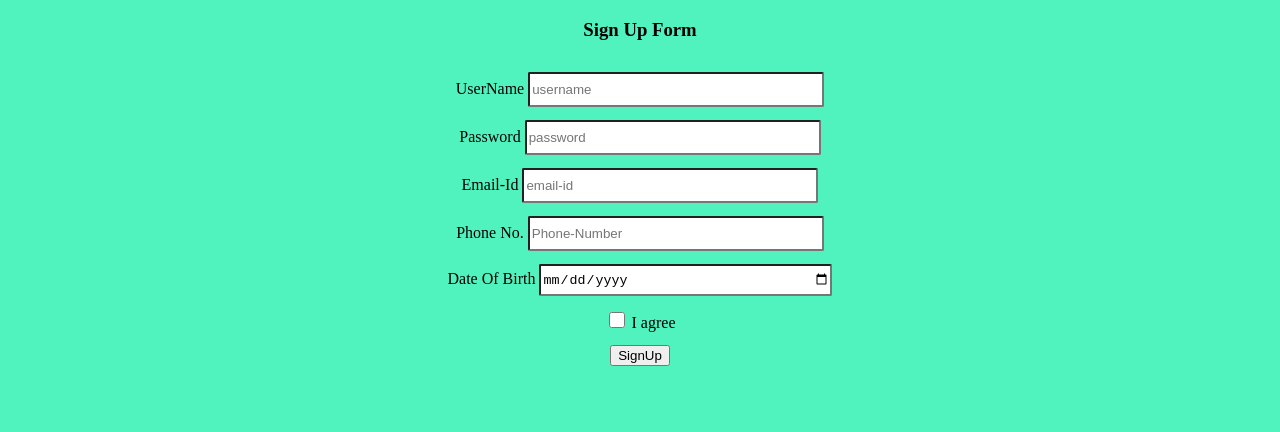
Repository: nir-github01/Html
Page: assign1-signup.html
These files come from the project's save history. The page is drawn as it stood at one moment and after the next save; the edit follows.
The browser window is 1280 px wide. The pictures show the whole page.

Above is the page before, as saved 2022-09-28 20:30:52.

### assign1-signup.html
<!DOCTYPE html>
<html lang="en">
<head>
    <meta charset="UTF-8">
    <meta http-equiv="X-UA-Compatible" content="IE=edge">
    <meta name="viewport" content="width=device-width, initial-scale=1.0">
    <title>sign-up form</title>
    <style>
        body{
            background-color: rgb(80, 243, 189);
            text-align: center;
        }
        .signup-div{
            padding: 5px;
            margin: 3px;
        }
        .username{
            padding: 5px;
            margin: 3px;
        }
        .password{
            padding: 5px;
            margin: 3px;
        }
        .email-input{
            padding: 5px;
            margin: 3px;
        }
        .phone-input{
            padding: 5px;
            margin: 3px;
        }
        .date-input{
            padding: 5px;
            margin: 3px;
        }
        .check-input{
            padding: 5px;
            margin: 3px;
        }
        .button-input{
            padding: 5px;
            margin: 3px;

        }
        input{
            width: 18rem;
            height: 1.8rem;
            border-radius: 2px;
        }
        input[type="checkbox"]{
            width: 1rem;
            height: 1rem;
        }
        input:hover{
          border-color: rgb(180, 238, 238);

        }

    </style>
</head>
<body>
    <div>
        <h3>Sign Up Form </h3>
        <div class="signup-div">
            <form>
                <div class="username">
                    <label>UserName</label>
                    <input type="text" value="" placeholder="username">
                </div>
                <div class="password">
                    <label>Password</label>
                    <input type="number" value="" placeholder="password">
                </div>
                <div class="email-input">
                    <label>Email-Id</label>
                    <input type="email" value="" placeholder="email-id">
                </div>
                <div class="phone-input">
                    <label>Phone No.</label>
                    <input type="number" value="" placeholder="Phone-Number">
                </div>
                <div class="date-input">
                    <label>Date Of Birth</label>
                    <input type="date" value="" placeholder="Date of Birth">
                </div>
                <div class="check-input">

                    <input type="checkbox" value="" name="agree">
                    <label>I agree </label>
                </div>
                <div class="button-input">
                    <button>SignUp</button>
                </div>
            </form>
        </div>
    </div>
</body>
</html>

After the next save:
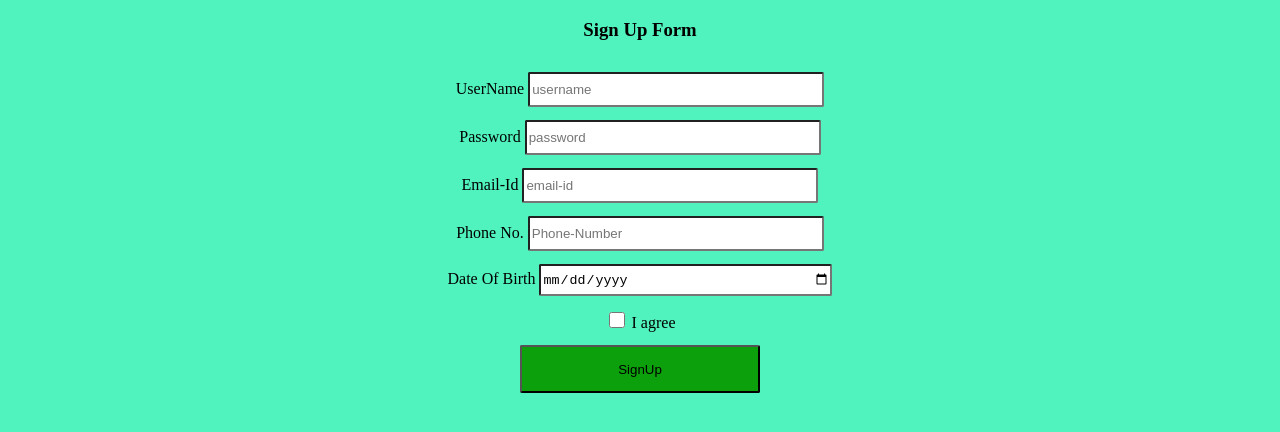
Saved 14 s later.
--- a/assign1-signup.html
+++ b/assign1-signup.html
@@ -42,6 +42,12 @@
             padding: 5px;
             margin: 3px;
 
+        }
+        button{
+            width: 15rem;
+            height: 3rem;
+            background-color: rgb(12, 160, 12);
+            border-radius: 2px;
         }
         input{
             width: 18rem;
